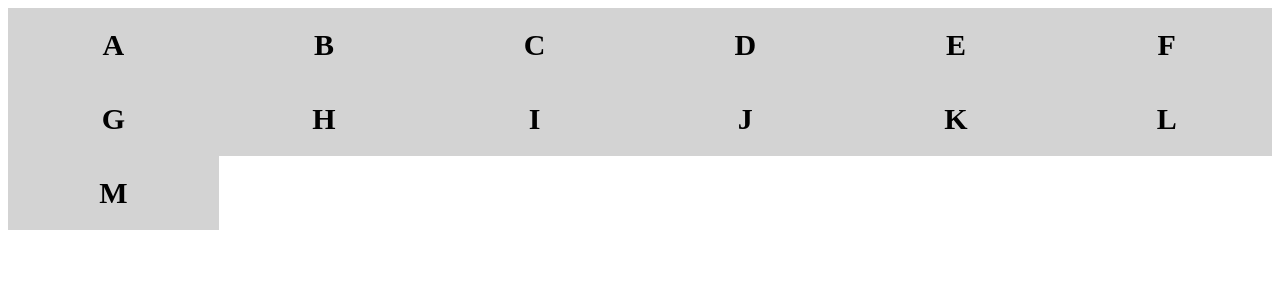
Repository: Yevhen94/nixhw
Page: fourth-lesson/index.html
These files come from the project's save history. The page is drawn as it stood at one moment and after the next save; the edit follows.
The browser window is 1280 px wide. The pictures show the whole page.

Above is the page before, as saved 2022-02-08 14:35:19.

### fourth-lesson/index.html
<!DOCTYPE html>
<html lang="en">
  <head>
    <meta charset="UTF-8" />
    <meta http-equiv="X-UA-Compatible" content="IE=edge" />
    <meta name="viewport" content="width=device-width, initial-scale=1.0" />
    <link rel="stylesheet" href="./styles/index.css" />
    <title>Flex+Grid</title>
  </head>
  <body>
    <!-- <div class="first-ex">
      <div class="block block--yellow">
        <span>A</span>
      </div>
      <div class="block block--yellow">
        <span>B</span>
      </div>
      <div class="block block--yellow">
        <span>C</span>
      </div>
      <div class="block block--pink">
        <span>D</span>
      </div>
      <div class="block block--pink">
        <span>E</span>
      </div>
      <div class="block block--pink">
        <span>F</span>
      </div>
      <div class="block block--green">
        <span>G</span>
      </div>
      <div class="block block--green">
        <span>H</span>
      </div>
      <div class="block block--green">
        <span>I</span>
      </div>
      <div class="block block--blue">
        <span>J</span>
      </div>
      <div class="block block--blue">
        <span>K</span>
      </div>
      <div class="block block--blue">
        <span>L</span>
      </div>
    </div> -->
    <div class="second-ex">
      <div class="resp-block">
        <span>A</span>
      </div>
      <div class="resp-block">
        <span>B</span>
      </div>
      <div class="resp-block">
        <span>C</span>
      </div>
      <div class="resp-block">
        <span>D</span>
      </div>
      <div class="resp-block">
        <span>E</span>
      </div>
      <div class="resp-block">
        <span>F</span>
      </div>
      <div class="resp-block">
        <span>G</span>
      </div>
      <div class="resp-block">
        <span>H</span>
      </div>
      <div class="resp-block">
        <span>I</span>
      </div>
      <div class="resp-block">
        <span>J</span>
      </div>
      <div class="resp-block">
        <span>K</span>
      </div>
      <div class="resp-block">
        <span>L</span>
      </div>
      <div class="resp-block">
        <span>M</span>
      </div>
    </div>
  </body>
</html>

### fourth-lesson/styles/index.css
.first-ex {
  grid-template-columns: repeat(3, 1fr);
  display: grid;
  gap: 10px;
}

.block {
  justify-content: center;
  align-items: center;
  min-height: 150px;
  font-weight: bold;
  min-width: 150px;
  font-size: 30px;
  display: flex;
}

.block--yellow {
  background-color: yellow;
  justify-self: end;
}

.block--pink {
  background-color: pink;
  justify-self: start;
}

.block--green {
  background-color: lightgreen;
  justify-self: center;
}

.block--blue {
  background-color: lightblue;
}

.second-ex {
  display: grid;
  grid-template-columns: repeat(auto-fill, minmax(200px, 1fr));
}

.resp-block {
  background-color: lightgrey;
  justify-content: center;
  align-items: center;
  font-weight: bold;
  font-size: 30px;
  padding: 20px;
  display: flex;
}

After the next save:
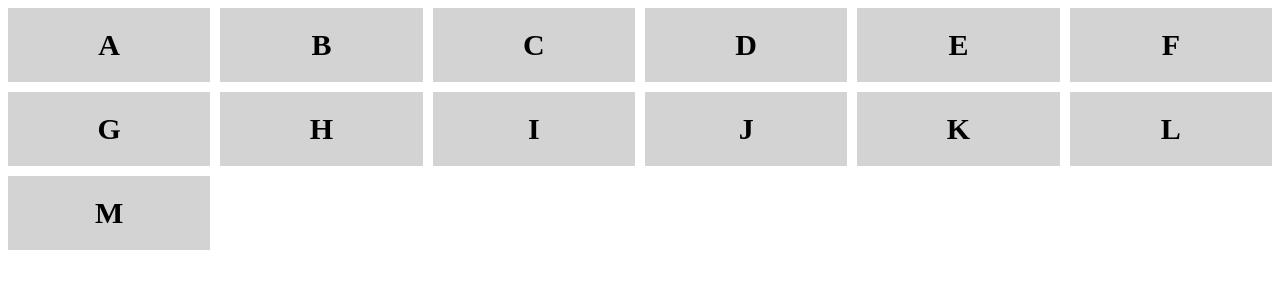
Saved 16 s later.
--- a/fourth-lesson/styles/index.css
+++ b/fourth-lesson/styles/index.css
@@ -34,8 +34,9 @@
 }
 
 .second-ex {
+  grid-template-columns: repeat(auto-fill, minmax(200px, 1fr));
   display: grid;
-  grid-template-columns: repeat(auto-fill, minmax(200px, 1fr));
+  gap: 10px;
 }
 
 .resp-block {
